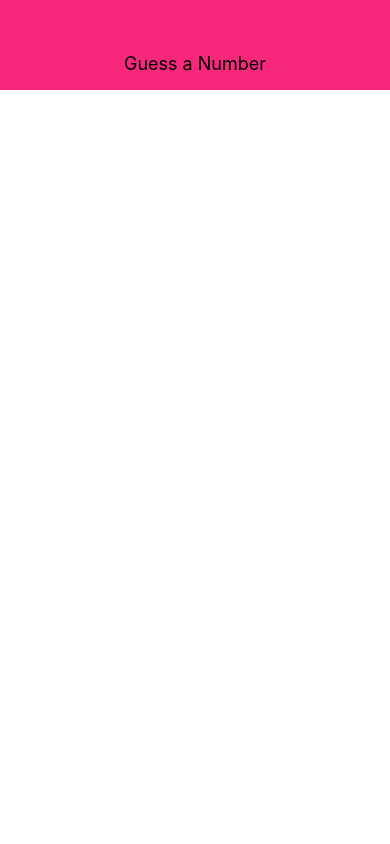
Repository: oguzhan18m/react-native-guess-number-game
Screen: /
The author's editor kept a copy of each file at every save. The screen is drawn from the files as they stood at one save, then again after the next save.
The app was drawn by React Native's web renderer in a window 390 px wide. The project was rebuilt for these pictures with package versions that can differ from the ones it lists, and the page was loaded fresh each time.

Above is the screen before, as saved 2021-03-03 21:35:20.

After the next save:
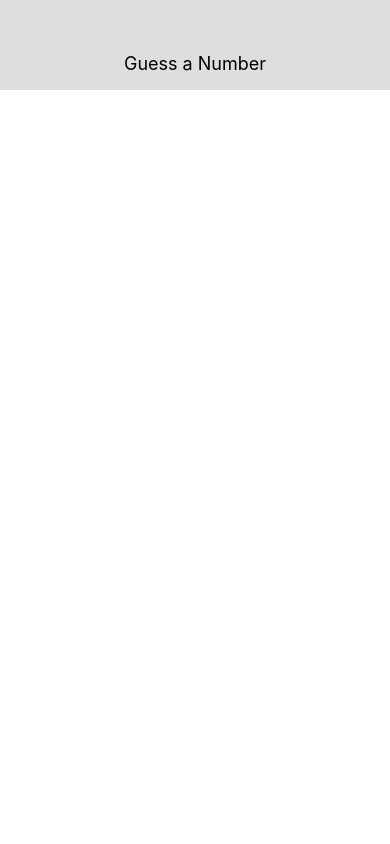
Saved 102 s later.
--- a/components/Header.js
+++ b/components/Header.js
@@ -14,7 +14,7 @@ const styles = StyleSheet.create({
         width:'100%',
         height:90,
         paddingTop:36,
-        backgroundColor:'#f7287b',
+        backgroundColor:'#dedede',
         alignItems:'center',
         justifyContent:'center',
     },
